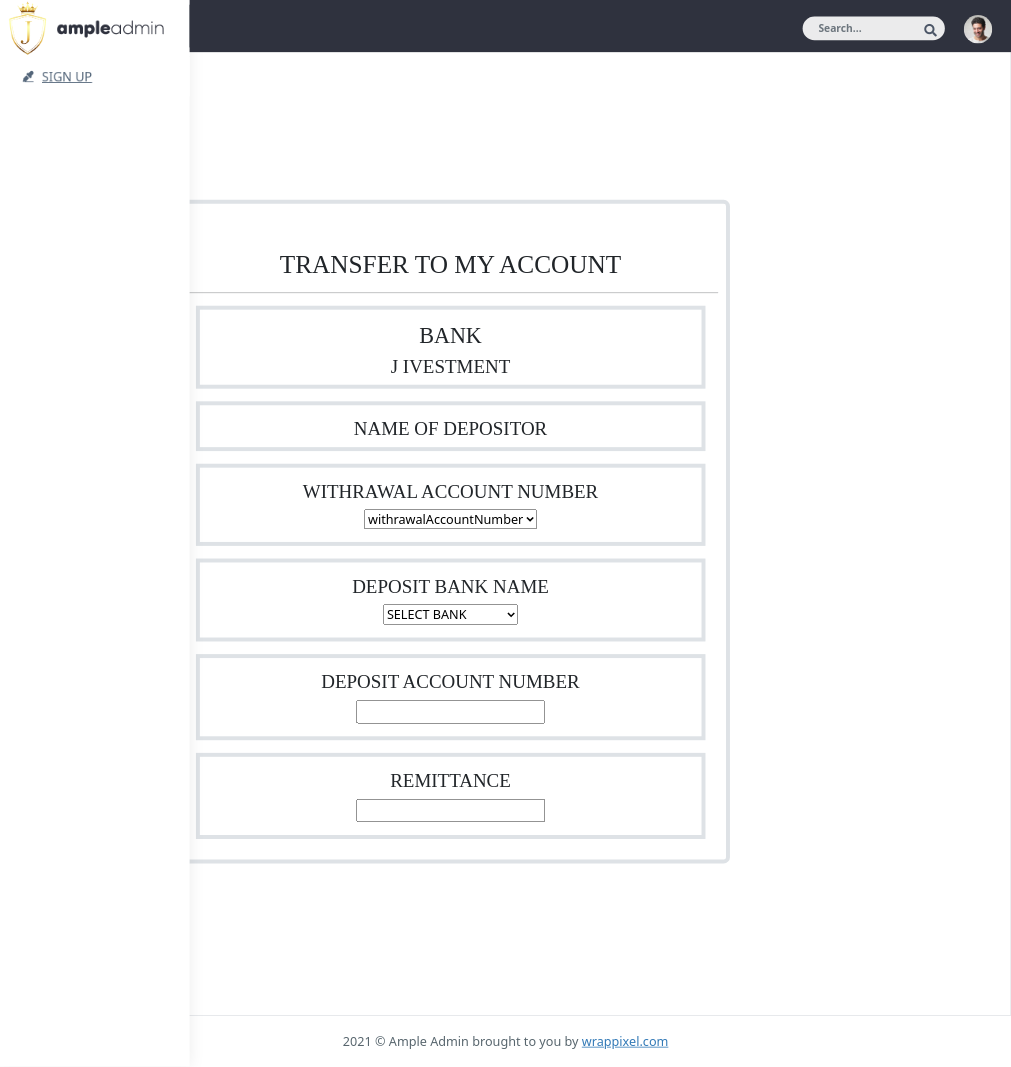
Repository: chopilyeon/HanaOpenBanking
Page: http://localhost/OpenBanking/jsp/bank/transferToOtherBank.jsp
The author's editor kept a copy of each file at every save. The page is drawn from the files as they stood at one save, then again after the next save.
The browser window is 1280 px wide. The pictures show the whole page, at 79% of full size.
Some web fonts or font styles are not loaded; a fallback is used. The page is served by Tomcat 9.

Above is the page before, as saved 2022-07-17 16:38:19.
Console error: TypeError: Cannot read properties of null (reading 'querySelector')

After the next save:
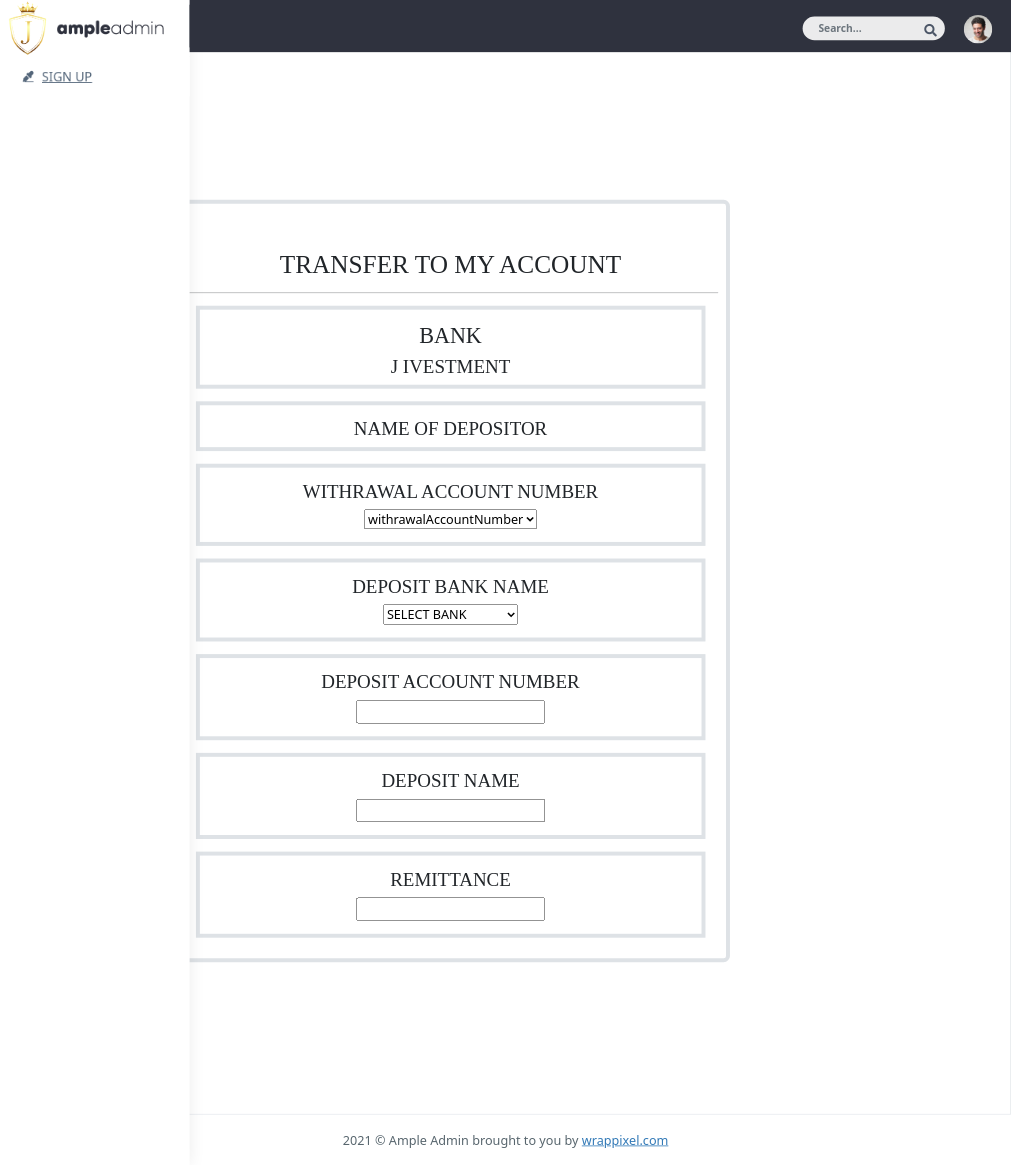
Saved 5 min 10 s later.
--- a/OpenBanking/src/main/webapp/jsp/bank/transferToOtherBank.jsp
+++ b/OpenBanking/src/main/webapp/jsp/bank/transferToOtherBank.jsp
@@ -46,7 +46,7 @@
 
 
 <form class="border">
-<input type="hidden" name ="depositName" value="${userVO.name}">
+<input type="hidden" name ="withrawalName" value="${userVO.name}">
 	<div class="social-box m-5 p-5">
 	    <div class="container">
 	     	<div class="row m-5">
@@ -87,6 +87,11 @@
 						<h4 class="mt-3">DEPOSIT ACCOUNT NUMBER</h4>
 							<input type="text" name="depositAccountNumber" class="mb-3" >
 						</div>
+						<div class="box-text m-3 border">
+						<h4 class="mt-3">DEPOSIT NAME</h4>
+							<input type="text" name="deposit" class="mb-3" >
+						</div>
+
 						<div class="box-text m-3 border">
 						<h4 class="mt-3">REMITTANCE</h4>
 							<input type="number" name="tranAmount" class="mb-3" >
